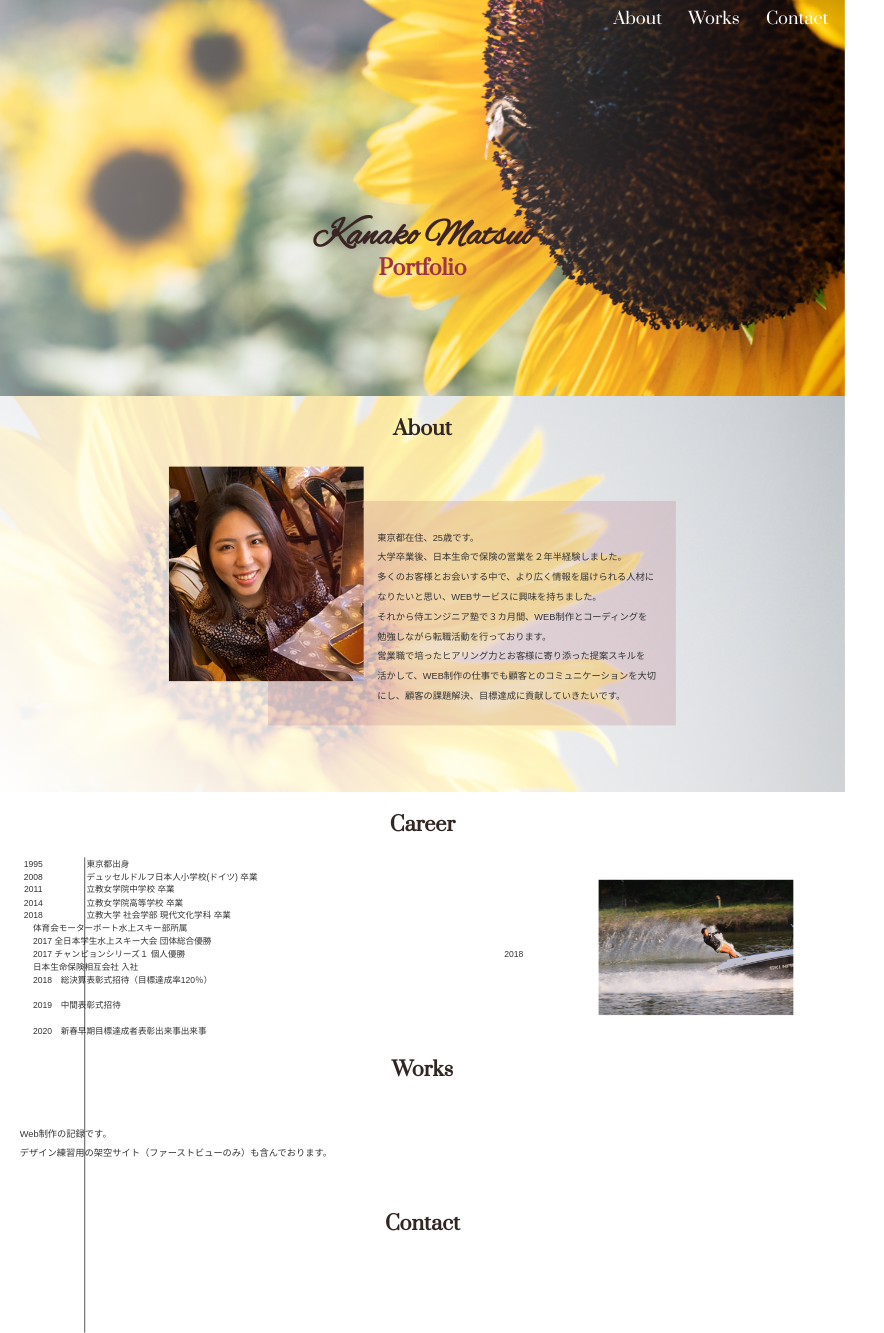
Repository: KanakoMatsuo/Portfolio
Page: index.html
The author's editor kept a record of every edit. The page is drawn from the files as they stood at one moment, then again after the next edit.
The browser window is 1280 px wide. The page is 1280 px wide, then 1340 px, so the pictures cover 1340 px, including what lies to the right of the window. The pictures show the whole page, at 66% of full size.

Above is the page before.

After the next edit:
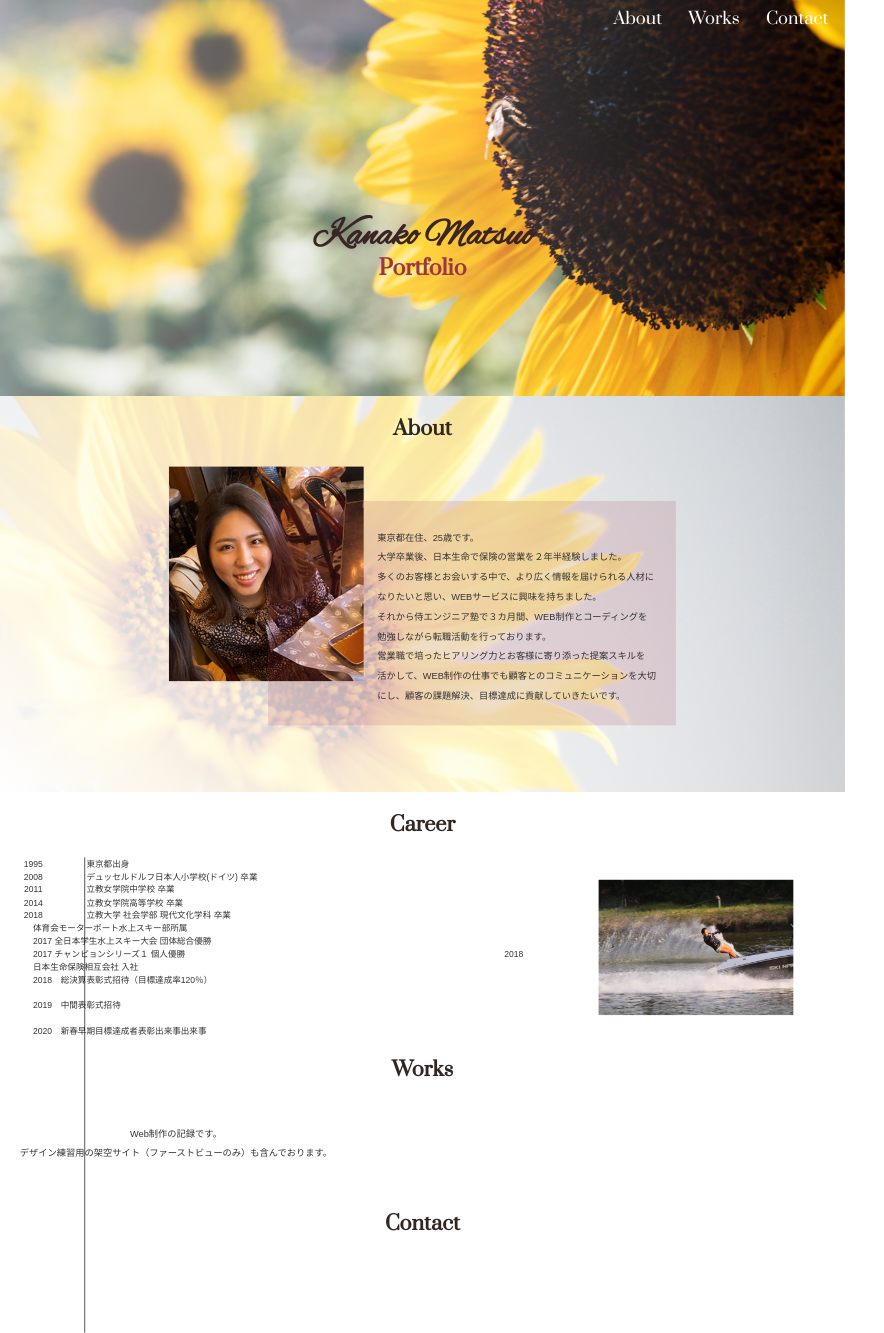
The edit:
--- a/Portfolio.css
+++ b/Portfolio.css
@@ -182,7 +182,12 @@
 section.about .career .history dd { margin: 0;
 margin: 0;
  width: 70%; 14 }
- {source.txt}
+
+.Works p{
+  display:flex;
+  text-align:center;
+  width:100%;
+}
 
 
 /* -------------------- wrapper -------------------- */
